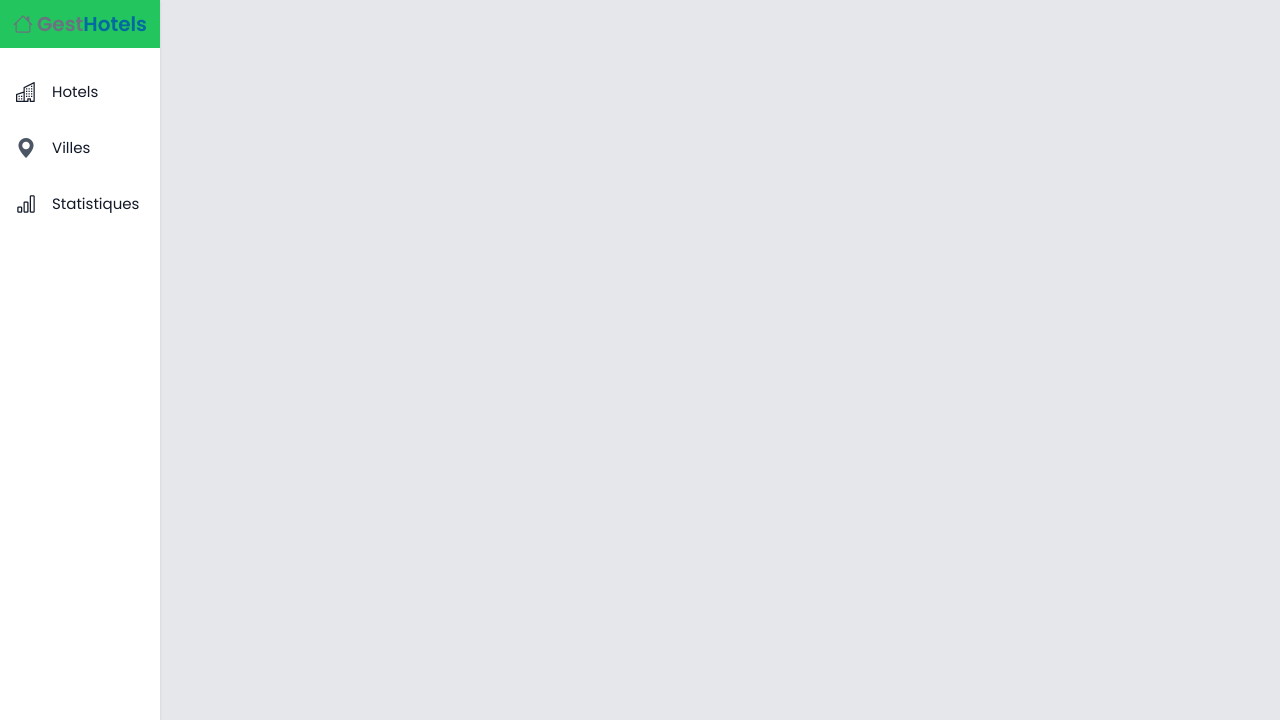
Repository: yahyamourid/GestHotelsEJB
Page: http://localhost/ISICEJBWeb/sidBar.jsp
These files come from the project's save history. The page is drawn as it stood at one moment and after the next save; the edit follows.
The browser window is 1280 px wide. The pictures show the whole page.
Some web libraries are served in a nearby version. The page is served by Tomcat 10. Nobody is signed in. The application's start-up code is not run. Other server files are loaded and not shown.

Above is the page before, as saved 2023-12-01 16:00:58.
Console error: TypeError: Cannot read properties of null (reading 'classList')

### ISICEJBWeb/src/main/webapp/sidBar.jsp
<%@page import="java.util.regex.Matcher"%>
<%@page import="java.util.regex.Pattern"%>
<%@ page language="java" contentType="text/html; charset=ISO-8859-1" pageEncoding="ISO-8859-1"%>


<!DOCTYPE html>
<html lang="en">

    <head>
        <meta charset="UTF-8">
        <meta http-equiv="X-UA-Compatible" content="IE=edge">
        <meta name="viewport" content="width=device-width, initial-scale=1.0">
        <title>sidebar</title>
        <script src="https://cdn.tailwindcss.com"></script>
        <!-- <script src="./tailwind3.js"></script> -->
        <link href="https://fonts.googleapis.com/css2?family=Poppins:wght@200;300;400;500;600;800&display=swap"
              rel="stylesheet">
        <link rel="stylesheet" href="https://cdn.jsdelivr.net/npm/bootstrap-icons@1.7.2/font/bootstrap-icons.css">

    </head>

    <body class=" font-[Poppins] bg-gray-200 ">
        <%
    String url = request.getRequestURL().toString();
    Pattern pattern = Pattern.compile("[^/]+\\.jsp");
    Matcher matcher = pattern.matcher(url);

    String nomFichierJSP = "";
    if (matcher.find()) {
        nomFichierJSP = matcher.group();
    }


%>

        <div class="sidebar  fixed top-0 bottom-0 lg:left-0 left-[-300px] duration-1000
               w-[160px] overflow-y-auto text-center  bg-white shadow h-screen">


            <div class=" text-xl">
                <div class="p-2.5  flex justify-center items-center  mb-5 bg-green-500 ">
                    <i class="bi bi-house text-gray-500"></i>
                    <h1 class="ml-1 text-xl text-sky-700 font-semibold"><span class="text-gray-500">Gest</span>Hotels</h1>
                </div>

                <div >

                    <div  class="p-2.5 mt-2 flex items-center  rounded-md px-4 <%if (nomFichierJSP.equals("hotel.jsp")){%>bg-sky-600 <%}%> duration-300  cursor-pointer  hover:bg-sky-600">
                        <i class="bi bi-building text-gray-900"></i>
                        <span class="text-[15px] ml-4 text-gray-900 "><a href="hotel.jsp">Hotels</a></span>
                    </div>

                    <div class="p-2.5 mt-2 flex items-center rounded-md px-4 <%if (nomFichierJSP.equals("ville.jsp")){%>bg-sky-600 <%}%>duration-300 cursor-pointer  hover:bg-sky-600">
                        <i class="bi bi-geo-alt-fill text-gray-600"></i>
                        <span class="text-[15px] ml-4 text-gray-900"><a href="ville.jsp">Villes</a></span>
                    </div>
                    <div class="p-2.5 mt-2 flex items-center rounded-md px-4 <%if (nomFichierJSP.equals("ville.jsp")){%>bg-sky-600 <%}%>duration-300 cursor-pointer  hover:bg-sky-600">
                        <i class="bi bi-bar-chart text-gray-900"></i>
                        <span class="text-[15px] ml-4 text-gray-900"><a href="ville.jsp">Statistiques</a></span>
                    </div>
                </div>
            </div>
        </div>

        <script>
            function dropDown() {
                document.querySelector('#submenu').classList.toggle('hidden')
                document.querySelector('#arrow').classList.toggle('rotate-0')
            }
            dropDown()

            function Openbar() {
                document.querySelector('.sidebar').classList.toggle('left-[-300px]')
            }
        </script>


    </body>

</html>

After the next save:
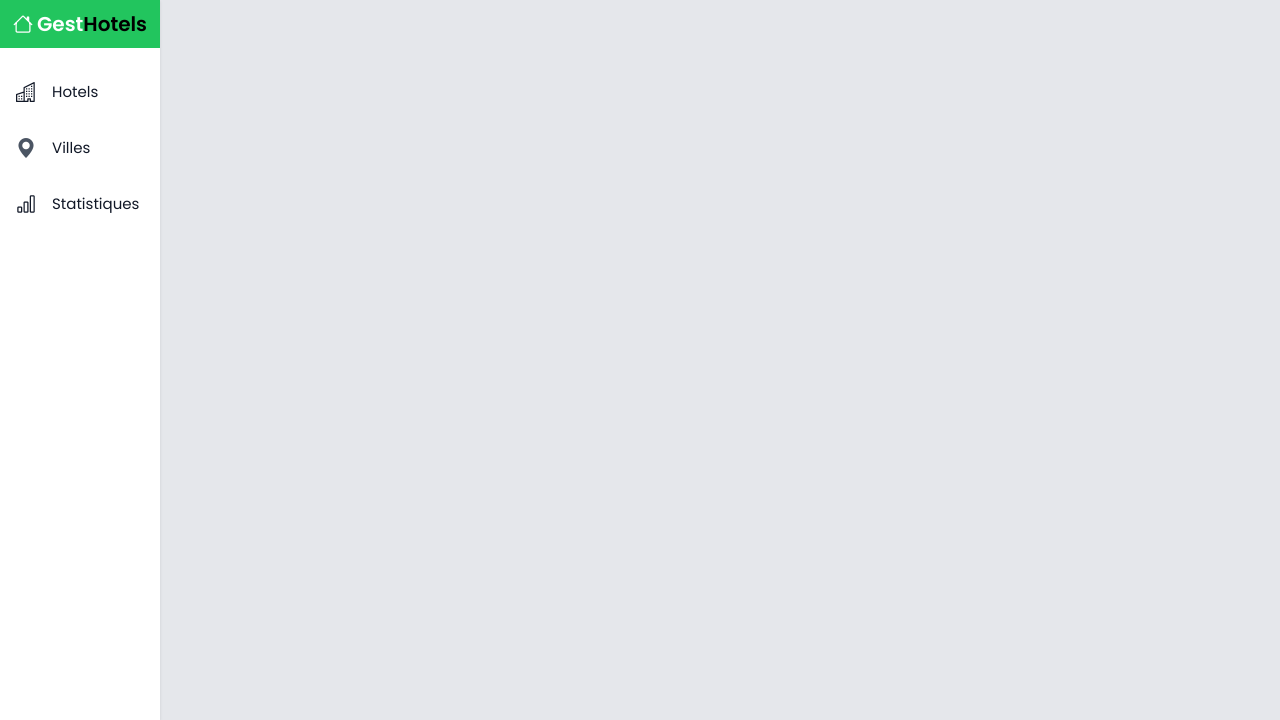
Saved 56 s later.
--- a/ISICEJBWeb/src/main/webapp/sidBar.jsp
+++ b/ISICEJBWeb/src/main/webapp/sidBar.jsp
@@ -39,8 +39,8 @@
 
             <div class=" text-xl">
                 <div class="p-2.5  flex justify-center items-center  mb-5 bg-green-500 ">
-                    <i class="bi bi-house text-gray-500"></i>
-                    <h1 class="ml-1 text-xl text-sky-700 font-semibold"><span class="text-gray-500">Gest</span>Hotels</h1>
+                    <i class="bi bi-house text-white"></i>
+                    <h1 class="ml-1 text-xl text-white-700 font-semibold"><span class="text-white">Gest</span>Hotels</h1>
                 </div>
 
                 <div >
